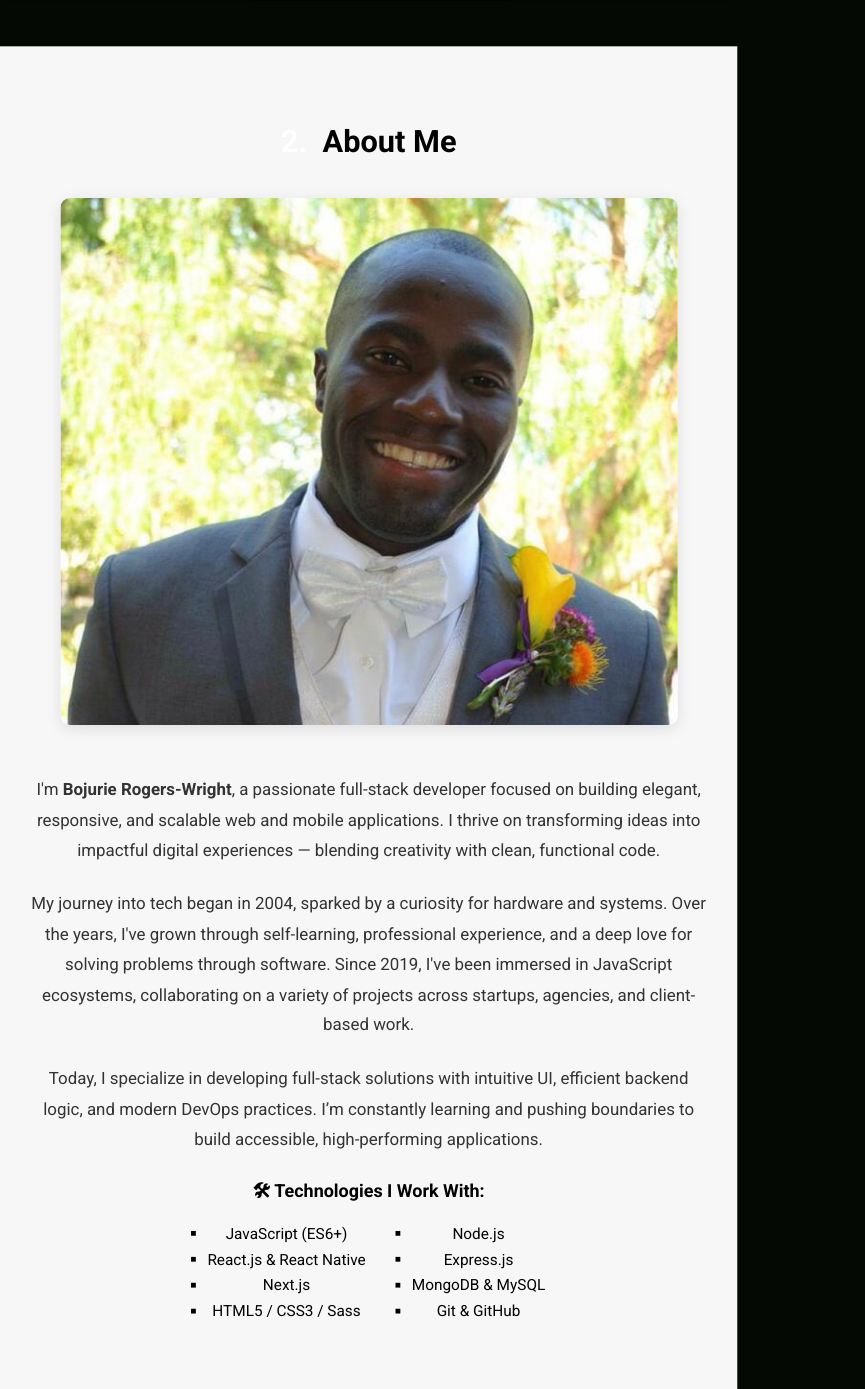
Repository: Bojurie/Portfolio_2022
Page: /
An editor plug-in stored every save of this project. The page is shown before and after the next save, followed by the edit.
The browser window is 768 px wide. The page is 901 px wide, so the pictures cover 901 px, including what lies to the right of the window. The pictures show the part of the page from y = 394 to 1841 px (the page is 6134 px tall before and 5867 px after), at 96% of full size.
Pictures or frames that could not be fetched are drawn as grey boxes. The project was rebuilt for these pictures with package versions that can differ from the ones it lists, and the page was loaded fresh each time. Also part of the build but not shown: src/component/pages/Resume.css, src/component/pages/Resume.js. Imported but missing from the stored project, and not drawn on this page: src/component/Resume.pdf, src/component/images/video.mp4, src/component/videos/Screen Recording 2022-04-01 at 8.22.57 PM.mov, src/component/videos/Screen Recording 2022-04-01 at 8.23.25 PM.mov, src/component/videos/Screen Recording 2022-04-01 at 8.25.20 PM.mov, src/component/videos/Screen Recording 2022-04-01 at 8.27.28 PM.mov, src/component/videos/Screen Recording 2022-04-01 at 8.28.35 PM.mov, src/component/videos/Screen Recording 2022-04-01 at 8.30.37 PM.mov and 3 more.

Above is the page before, as saved 2025-04-21 02:03:54.

After the next save:
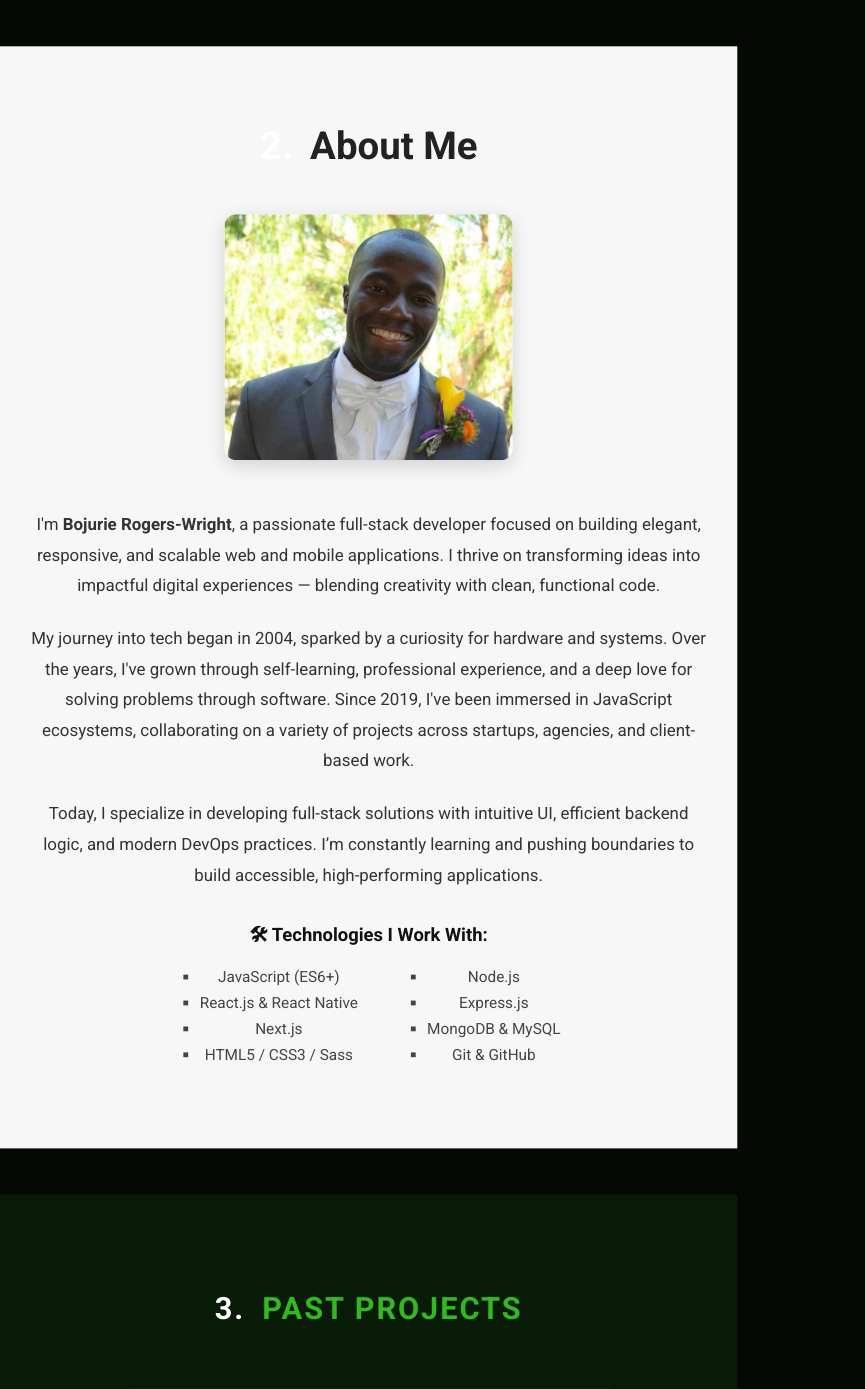
Saved 16 s later.
--- a/src/component/pages/About.css
+++ b/src/component/pages/About.css
@@ -9,10 +9,11 @@
 }
 
 .about-title {
-  font-size: 2rem;
-  font-weight: bold;
-  margin-bottom: 2.5rem;
+  font-size: 2.5rem;
+  font-weight: 700;
+  margin-bottom: 3rem;
   text-align: left;
+  color: #222;
 }
 
 .highlighted {
@@ -29,9 +30,10 @@
 
 .about-image img {
   max-width: 300px;
-  border-radius: 10px;
+  width: 100%;
+  border-radius: 12px;
   object-fit: cover;
-  box-shadow: 0 4px 16px rgba(0, 0, 0, 0.1);
+  box-shadow: 0 6px 20px rgba(0, 0, 0, 0.15);
 }
 
 .about-text {
@@ -46,20 +48,29 @@
   color: #333;
 }
 
+.skills-heading {
+  font-size: 1.2rem;
+  margin-top: 2rem;
+  font-weight: 600;
+  color: #111;
+}
+
 .about-skills {
   display: flex;
-  gap: 2rem;
+  gap: 3rem;
+  flex-wrap: wrap;
   margin-top: 1rem;
 }
 
 .about-skills ul {
   list-style-type: square;
-  padding-left: 1rem;
+  padding-left: 1.5rem;
 }
 
 .about-skills li {
   font-size: 1rem;
   margin-bottom: 0.5rem;
+  color: #444;
 }
 
 /* Responsive */
@@ -67,17 +78,10 @@
   .about-content {
     flex-direction: column;
     align-items: center;
-  }
-
-  .about-image img {
-    max-width: 100%;
+    text-align: center;
   }
 
   .about-title {
-    text-align: center;
-  }
-
-  .about-text {
     text-align: center;
   }
 
